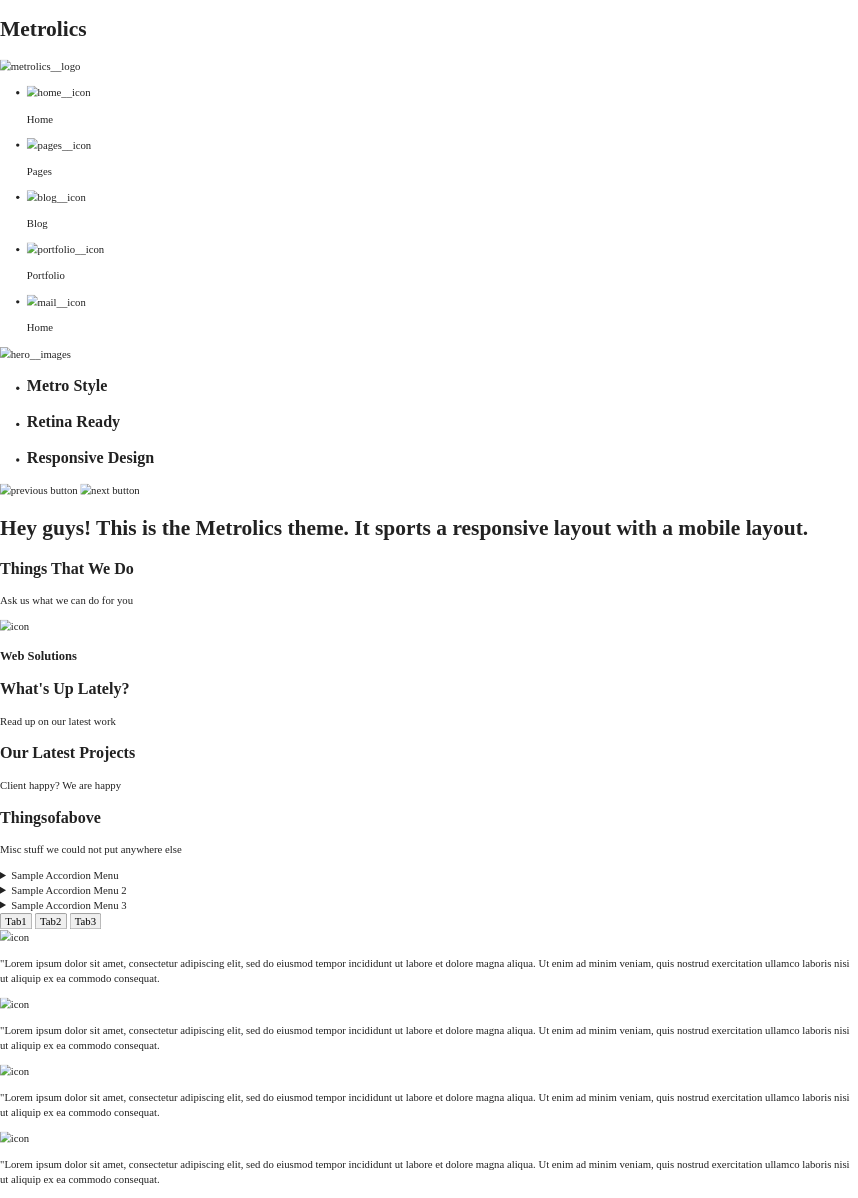
Repository: eilidhma/metrolics
Page: index.html
An editor plug-in stored every save of this project. The page is shown before and after a run of saves, followed by the edit.
The browser window is 1280 px wide. The pictures show the whole page, at 67% of full size.

Above is the page before, as saved 2021-01-27 00:00:16.

After the next 3 saves:
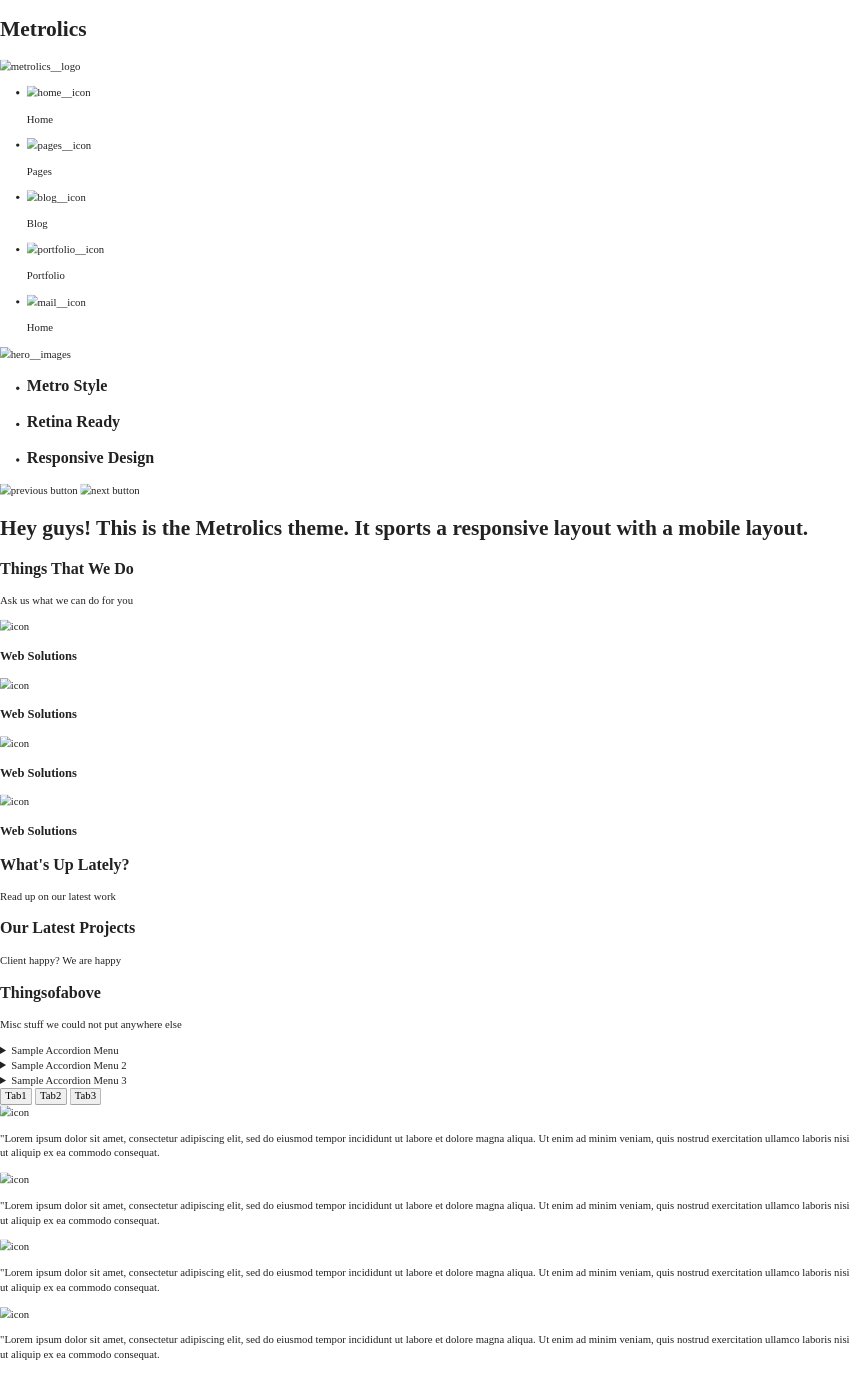
The 3 saves are shown as one change because they came seconds apart.
The last was saved 20 s later.
--- a/index.html
+++ b/index.html
@@ -92,13 +92,19 @@
         <p class="four_column_text"></p>
       </div>
       <div class="four_column_item">
-
-      </div>
-      <div class="four_column_item">
-
-      </div>
-      <div class="four_column_item">
-
+        <img src="" alt="icon" class="four_column_icon">
+        <h3 class="four_column_headers">Web Solutions</h3>
+        <p class="four_column_text"></p>
+      </div>
+      <div class="four_column_item">
+        <img src="" alt="icon" class="four_column_icon">
+        <h3 class="four_column_headers">Web Solutions</h3>
+        <p class="four_column_text"></p>
+      </div>
+      <div class="four_column_item">
+        <img src="" alt="icon" class="four_column_icon">
+        <h3 class="four_column_headers">Web Solutions</h3>
+        <p class="four_column_text"></p>
       </div>
     </section>
 
